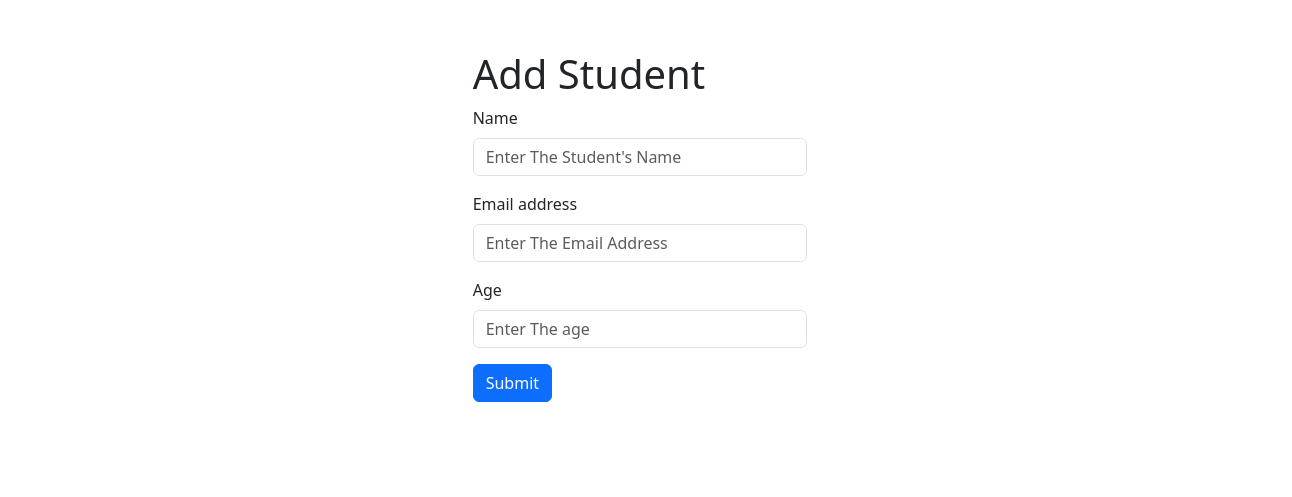
Repository: Manojs14/StudentManagementSystem
Page: http://localhost/Crud_form/
The author's editor kept a copy of each file at every save. The page is drawn from the files as they stood at one save, then again after a run of saves.
The browser window is 1280 px wide. The page is 1292 px wide, so the pictures cover 1292 px, including what lies to the right of the window. The pictures show the whole page.
The page is served by Tomcat 9. Nobody is signed in. The application's start-up code is not run.

Above is the page before, as saved 2024-07-11 04:23:47.

After the next 2 saves:
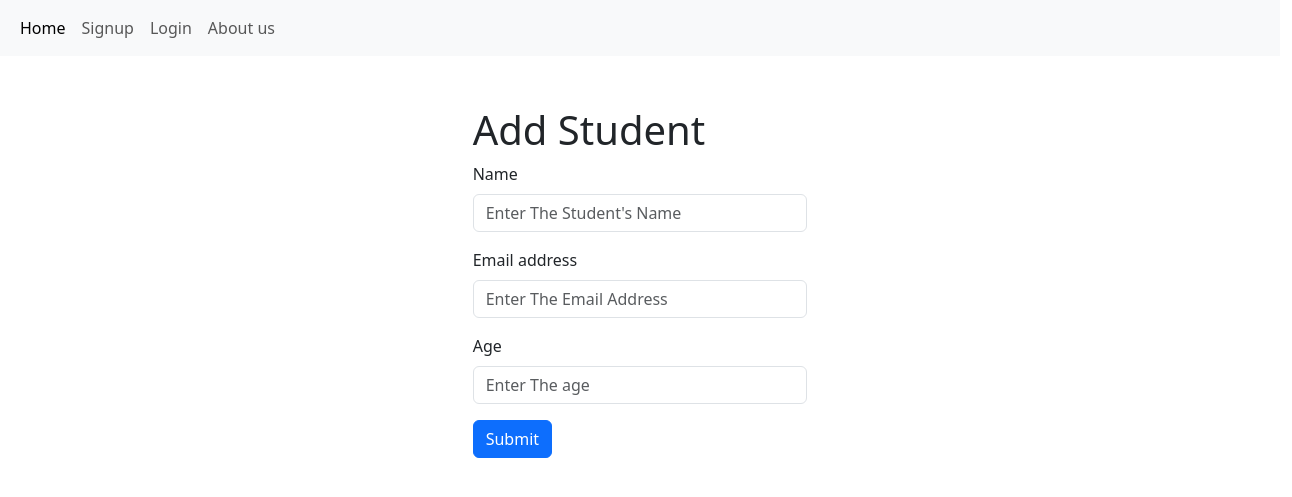
The 2 saves are shown as one change because they came seconds apart.
The last was saved 3 min 36 s later.
--- a/Crud_form/src/main/webapp/index.jsp
+++ b/Crud_form/src/main/webapp/index.jsp
@@ -8,6 +8,29 @@
 <link href="https://cdn.jsdelivr.net/npm/bootstrap@5.3.2/dist/css/bootstrap.min.css" rel="stylesheet" integrity="sha384-T3c6CoIi6uLrA9TneNEoa7RxnatzjcDSCmG1MXxSR1GAsXEV/Dwwykc2MPK8M2HN" crossorigin="anonymous">
 </head>
 <body>
+
+
+	<nav class="navbar navbar-expand-lg bg-body-tertiary">
+		<div class="container-fluid">
+
+			<div class="collapse navbar-collapse" id="navbarNav">
+				<ul class="navbar-nav">
+					<li class="nav-item"><a class="nav-link active"
+						aria-current="page" href="index.jsp">Home</a></li>
+					<li class="nav-item"><a class="nav-link" href="signup.jsp">Signup</a>
+					</li>
+					<li class="nav-item"><a class="nav-link" href="login.jsp">Login</a>
+					</li>
+					<li class="nav-item"><a class="nav-link" aria-disabled="true" href="aboutus.jsp">About
+							us</a></li>
+				</ul>
+			</div>
+		</div>
+	</nav>
+
+
+
+
 
  <div class="row">
     <div class="col-4">
